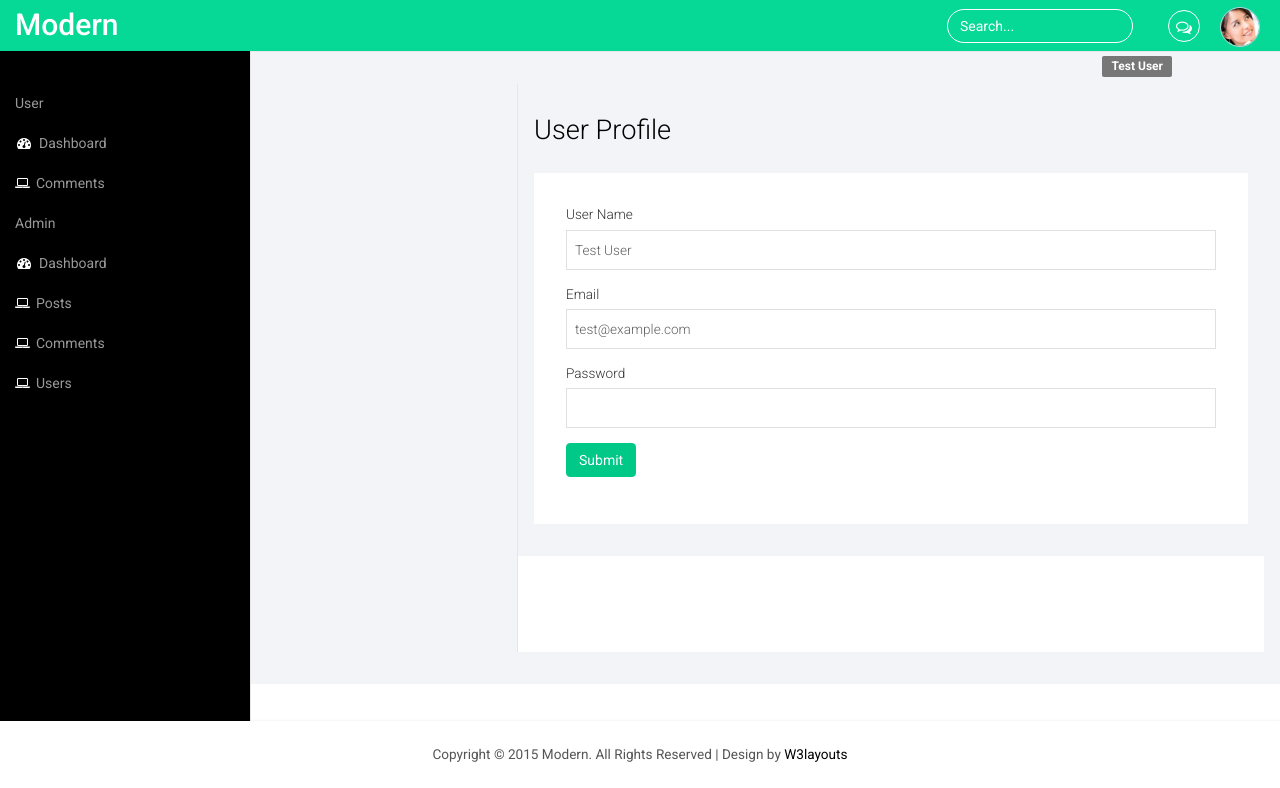
Repository: NomanMustafa/laravel-blog
Page: http://localhost/user/profile
The author's editor kept a copy of each file at every save. The page is drawn from the files as they stood at one save, then again after the next save.
The browser window is 1280 px wide. The pictures show the whole page.
The page is served by the project's Laravel application, run on PHP 8.4 with Laravel 8. A made-up administrator, Test User (test@example.com), is signed in.

Above is the page before, as saved 2020-07-06 23:49:23.

After the next save:
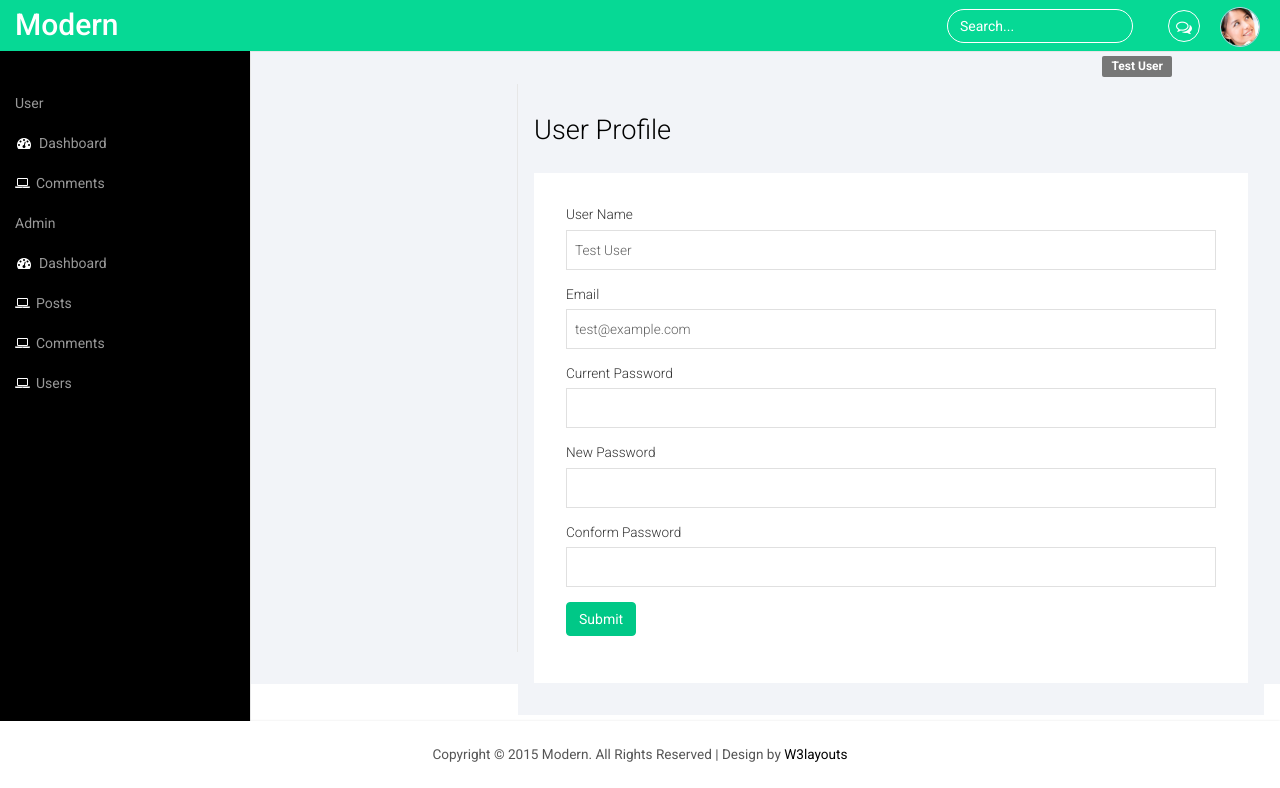
Saved 4 min 1 s later.
--- a/resources/views/user/profile.blade.php
+++ b/resources/views/user/profile.blade.php
@@ -8,45 +8,57 @@
             <h3>User Profile </h3>
 
             <div class="well1 white">
-                @if($errors->any())
+                @if(Session('error'))
                 <div class="alert alert-danger">
-                    <ul>
-                        @foreach($errors as $error)
-                        <li>{{ $error }}</li>
-                        @endforeach
-                    </ul>
-                </div>
-                @endif
-                <form class="form-floating ng-pristine ng-invalid ng-invalid-required ng-valid-email ng-valid-url ng-valid-pattern" novalidate="novalidate" action="{{ route('userProfilePost') }}" method="POST">
-                    @csrf
-                    <fieldset>
-                        <div class="form-group">
-                            <label class="control-label">User Name</label>
-                            <input type="text" name="name" class="form-control1 ng-invalid ng-invalid-required ng-touched" ng-model="model.name" required="" value="{{ Auth::user()->name }}">
-                        </div>
-                        <div class="form-group">
-                            <label class="control-label">Email</label>
-                            <input type="email" name="email" class="form-control1 ng-invalid ng-valid-email ng-invalid-required ng-touched" ng-model="model.email" required="" value="{{ Auth::user()->email }}">
-                        </div>
-                        <div class="form-group">
-                            <label class="control-label">Password</label>
-                            <input type="password" class="form-control1 ng-invalid ng-invalid-required ng-touched" ng-model="model.password" required="">
-                        </div>
+                    {{ session('error') }}}
+
+                    @endif
+                    @if($errors->any())
+                    <div class="alert alert-danger">
+                        <ul>
+                            @foreach($errors as $error)
+                            <li>{{ $error }}</li>
+                            @endforeach
+                        </ul>
+                    </div>
+                    @endif
+                    <form class="form-floating ng-pristine ng-invalid ng-invalid-required ng-valid-email ng-valid-url ng-valid-pattern" novalidate="novalidate" action="{{ route('userProfilePost') }}" method="POST">
+                        @csrf
+                        <fieldset>
+                            <div class="form-group">
+                                <label class="control-label">User Name</label>
+                                <input type="text" name="name" class="form-control1 ng-invalid ng-invalid-required ng-touched" ng-model="model.name" required="" value="{{ Auth::user()->name }}">
+                            </div>
+                            <div class="form-group">
+                                <label class="control-label">Email</label>
+                                <input type="email" name="email" class="form-control1 ng-invalid ng-valid-email ng-invalid-required ng-touched" ng-model="model.email" required="" value="{{ Auth::user()->email }}">
+                            </div>
+                            <div class="form-group">
+                                <label class="control-label">Current Password</label>
+                                <input type="password" class="form-control1 ng-invalid ng-invalid-required ng-touched" ng-model="model.password" required="">
+                            </div>
+                            <div class="form-group">
+                                <label class="control-label">New Password</label>
+                                <input type="password" class="form-control1 ng-invalid ng-invalid-required ng-touched" ng-model="model.password" required="">
+                            </div>
+                            <div class="form-group">
+                                <label class="control-label">Conform Password</label>
+                                <input type="password" class="form-control1 ng-invalid ng-invalid-required ng-touched" ng-model="model.password" required="">
+                            </div>
 
 
 
 
+                            <div class="form-group">
+                                <button type="submit" class="btn btn-primary">Submit</button>
 
-                        <div class="form-group">
-                            <button type="submit" class="btn btn-primary">Submit</button>
-
-                        </div>
-                    </fieldset>
-                </form>
+                            </div>
+                        </fieldset>
+                    </form>
+                </div>
             </div>
         </div>
     </div>
-</div>
 
 
-@endsection
+    @endsection
